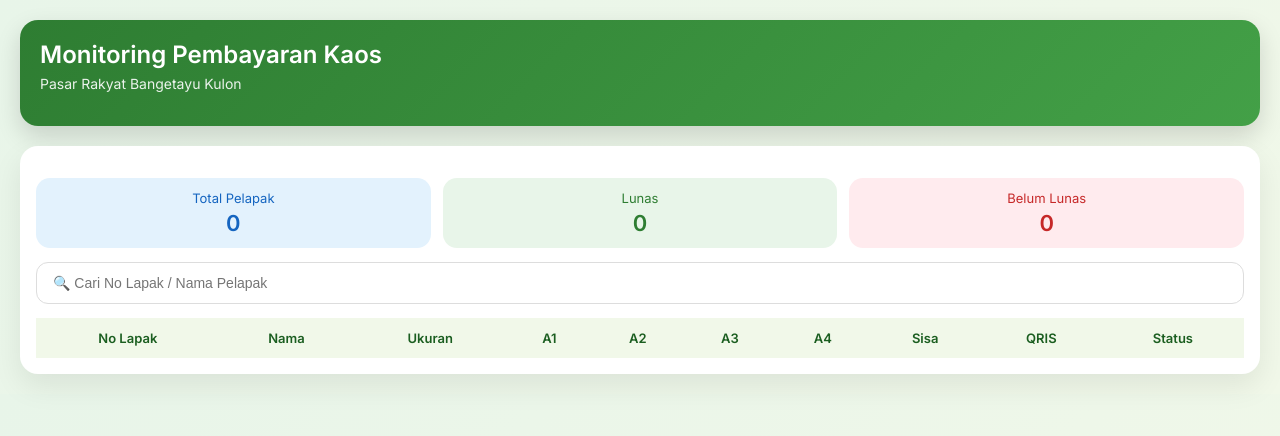
Repository: pasarrakyatbak/monitoringpembayarankaos
Page: index.html
An editor plug-in stored every save of this project. The page is shown before and after the next save, followed by the edit.
The browser window is 1280 px wide. The pictures show the whole page.
The page's requests for data from a server got no answer.

Above is the page before, as saved 2026-01-04 13:55:26.

### index.html
<!DOCTYPE html>
<html lang="id">

<head>
    <meta charset="UTF-8">
    <meta name="viewport" content="width=device-width, initial-scale=1.0">
    <title>Monitoring Pembayaran Kaos</title>

    <!-- FONT -->
    <link rel="preconnect" href="https://fonts.googleapis.com">
    <link rel="preconnect" href="https://fonts.gstatic.com" crossorigin>
    <link href="https://fonts.googleapis.com/css2?family=Inter:wght@400;500;600&display=swap" rel="stylesheet">

    <link rel="stylesheet" href="style.css">
</head>

<body>

    <div class="app">

        <!-- HEADER -->
        <header class="header">
            <h1>Monitoring Pembayaran Kaos</h1>
            <p>Pasar Rakyat Bangetayu Kulon</p>
        </header>

        <!-- CARD -->
        <div class="card">

            <!-- RINGKASAN -->
            <div class="summary" id="summary">
                <div class="summary-card total">
                    <span>Total Pelapak</span>
                    <strong id="totalPelapak">0</strong>
                </div>
                <div class="summary-card lunas">
                    <span>Lunas</span>
                    <strong id="totalLunas">0</strong>
                </div>
                <div class="summary-card belum">
                    <span>Belum Lunas</span>
                    <strong id="totalBelum">0</strong>
                </div>
            </div>

            <!-- TOOLBAR -->
            <div class="toolbar">
                <input type="text" id="searchInput" placeholder="🔍 Cari No Lapak / Nama Pelapak">
            </div>

            <!-- DESKTOP TABLE -->
            <div class="desktop-view">
                <table>
                    <thead>
                        <tr>
                            <th>No Lapak</th>
                            <th>Nama</th>
                            <th>Ukuran</th>
                            <th>A1</th>
                            <th>A2</th>
                            <th>A3</th>
                            <th>A4</th>
                            <th>Sisa</th>
                            <th>QRIS</th>
                            <th>Status</th>
                        </tr>
                    </thead>
                    <tbody id="tableBody"></tbody>
                </table>
            </div>

            <!-- MOBILE CARD -->
            <div class="mobile-view" id="cardContainer"></div>

        </div>

    </div>

    <script src="script.js"></script>
</body>

</html>

### style.css
* {
  box-sizing: border-box;
}

body {
  margin: 0;
  font-family: 'Inter', sans-serif;
  background: linear-gradient(135deg, #e8f5e9, #f1f8e9);
}

.app {
  max-width: 1400px;
  margin: auto;
  padding: 20px;
}

/* ================= HEADER ================= */
.header {
  background: linear-gradient(135deg, #2e7d32, #43a047);
  color: #fff;
  padding: 20px;
  border-radius: 18px;
  box-shadow: 0 10px 25px rgba(0, 0, 0, .15);
}

.header h1 {
  margin: 0;
  font-size: 24px;
}

.header p {
  margin-top: 6px;
  opacity: .9;
  font-size: 14px;
}

/* ================= CARD ================= */
.card {
  margin-top: 20px;
  background: #fff;
  border-radius: 18px;
  padding: 16px;
  box-shadow: 0 12px 30px rgba(0, 0, 0, .08);
}

/* ================= SUMMARY ================= */
.summary {
  display: grid;
  grid-template-columns: repeat(3, 1fr);
  gap: 12px;
  margin-bottom: 14px;
}

.summary-card {
  background: #f5f5f5;
  border-radius: 14px;
  padding: 12px;
  text-align: center;
  font-size: 13px;
}

.summary-card strong {
  display: block;
  font-size: 22px;
  margin-top: 4px;
}

.summary-card.total {
  background: #e3f2fd;
  color: #1565c0;
}

.summary-card.lunas {
  background: #e8f5e9;
  color: #2e7d32;
}

.summary-card.belum {
  background: #ffebee;
  color: #c62828;
}

/* ================= TOOLBAR ================= */
.toolbar input {
  width: 100%;
  padding: 12px 16px;
  border-radius: 12px;
  border: 1px solid #ddd;
  font-size: 14px;
}

.toolbar input:focus {
  outline: none;
  border-color: #2e7d32;
}

/* ================= TABLE ================= */
.desktop-view {
  overflow-x: auto;
}

table {
  width: 100%;
  border-collapse: collapse;
  margin-top: 14px;
  min-width: 1000px;
}

thead th {
  background: #f1f8e9;
  color: #1b5e20;
  padding: 12px;
  font-size: 13px;
  position: sticky;
  top: 0;
}

tbody td {
  padding: 12px;
  font-size: 13px;
  text-align: center;
  border-bottom: 1px solid #eee;
}

tbody tr:hover {
  background: #fafafa;
}

/* 🔴 AUTO MERAH BELUM LUNAS */
tr.belum-lunas {
  background: #ffebee !important;
}

tr.belum-lunas:hover {
  background: #ffcdd2 !important;
}

/* ================= BADGE ================= */
.badge {
  padding: 4px 10px;
  border-radius: 20px;
  font-size: 12px;
  font-weight: 600;
}

.badge-lunas {
  background: #e8f5e9;
  color: #2e7d32;
}

.badge-belum {
  background: #fff3e0;
  color: #ef6c00;
}

.badge-yes {
  background: #e3f2fd;
  color: #1565c0;
}

.badge-no {
  background: #fce4ec;
  color: #c2185b;
}

/* ================= MOBILE CARD ================= */
.mobile-view {
  display: none;
  margin-top: 16px;
  gap: 14px;
}

.pelapak-card {
  background: #fff;
  border-radius: 16px;
  padding: 14px;
  box-shadow: 0 8px 20px rgba(0, 0, 0, .08);
  border-left: 6px solid #2e7d32;
}

/* 🔴 CARD MERAH BELUM LUNAS */
.pelapak-card.belum-lunas {
  border-left-color: #c62828;
  background: #fff5f5;
}

.pelapak-header {
  display: flex;
  justify-content: space-between;
  align-items: center;
}

.lapak {
  font-weight: 600;
  color: #1b5e20;
}

.nama {
  font-size: 13px;
  color: #555;
}

.pelapak-body {
  margin-top: 10px;
  display: grid;
  grid-template-columns: repeat(2, 1fr);
  gap: 8px;
}

.item {
  background: #f1f8e9;
  border-radius: 10px;
  padding: 8px;
  text-align: center;
  font-size: 12px;
}

.item span {
  display: block;
  font-size: 11px;
  color: #666;
}

/* SUMMARY */
.summary {
  display: grid;
  grid-template-columns: repeat(auto-fit, minmax(160px, 1fr));
  gap: 12px;
  margin-top: 16px;
}

.summary-box {
  background: #ffffff;
  border-radius: 14px;
  padding: 14px;
  box-shadow: 0 6px 18px rgba(0, 0, 0, .08);
}

.summary-box span {
  font-size: 12px;
  color: #666;
}

.summary-box strong {
  display: block;
  margin-top: 4px;
  font-size: 18px;
  color: #2e7d32;
}

/* AUTO MERAH BELUM LUNAS */
tr.belum-lunas {
  background: #fff5f5;
}

.pelapak-card.belum-lunas {
  border-left: 6px solid #d32f2f;
}

/* BADGE BELUM */
.badge-belum {
  background: #ffebee;
  color: #c62828;
}

/* ================= RESPONSIVE ================= */
@media (max-width: 768px) {

  .desktop-view {
    display: none;
  }

  .mobile-view {
    display: grid;
    grid-template-columns: 1fr;
    gap: 16px;
  }

  .summary {
    grid-template-columns: 1fr;
  }

  .lapak {
    font-size: 16px;
  }

  .nama {
    font-size: 14px;
  }

  .pelapak-body {
    font-size: 13px;
  }

  .item.full {
    grid-column: span 2;
  }

  .item strong {
    font-weight: 600;
    color: #2e7d32;
  }
}

### script.js
const API_URL = "https://script.google.com/macros/s/AKfycby4z2qZ24SrJkcyGpybH29lSUC_3_z1LG-7wSmTzpaOEXrwjXf0Cl3hqkg95qAxPj1-/exec";

let allData = [];

document.addEventListener('DOMContentLoaded', () => {
    const searchInput = document.getElementById('searchInput');
    const tableBody = document.getElementById('tableBody');
    const cardContainer = document.getElementById('cardContainer');
    const summary = document.getElementById('summary');

    // =============================
    // LOAD DATA
    // =============================
    async function loadData() {
        const res = await fetch(API_URL + "?action=list");
        const data = await res.json();
        allData = data;
        renderAll(data);
        renderSummary(data);
    }

    // =============================
    // SUMMARY
    // =============================
    function renderSummary(data) {
        const totalPelapak = data.length;
        const lunas = data.filter(d => d.lunas).length;
        const belum = totalPelapak - lunas;
        const totalNominal = data.reduce((sum, d) => sum + Number(d.total), 0);

        summary.innerHTML = `
      <div class="summary-box">
        <span>Total Pelapak</span>
        <strong>${totalPelapak}</strong>
      </div>
      <div class="summary-box">
        <span>Lunas</span>
        <strong>${lunas}</strong>
      </div>
      <div class="summary-box">
        <span>Belum Lunas</span>
        <strong>${belum}</strong>
      </div>
      <div class="summary-box">
        <span>Total Nominal</span>
        <strong>Rp ${totalNominal.toLocaleString('id-ID')}</strong>
      </div>
    `;
    }

    // =============================
    // RENDER ALL
    // =============================
    function renderAll(data) {
        renderTable(data);
        renderCard(data);
    }

    // =============================
    // TABLE (DESKTOP)
    // =============================
    function renderTable(data) {
        tableBody.innerHTML = '';

        data.forEach((row, index) => {
            const statusText = row.lunas ? 'Lunas' : 'Belum';
            const statusBadge = row.lunas ? 'badge-lunas' : 'badge-belum';
            const rowClass = row.lunas ? '' : 'belum-lunas';

            tableBody.innerHTML += `
        <tr class="${rowClass}">
          <td>${row.noLapak}</td>
          <td>${row.nama}</td>
          <td>${row.ukuran}</td>
          <td>${row.a1}</td>
          <td>${row.a2}</td>
          <td>${row.a3}</td>
          <td>${row.a4}</td>
          <td>Rp ${Number(row.total).toLocaleString('id-ID')}</td>
          <td>
            <input type="checkbox" ${row.qris ? 'checked' : ''} data-index="${index}">
          </td>
          <td>
            <span class="badge ${statusBadge}">${statusText}</span>
          </td>
        </tr>
      `;
        });
    }

    // =============================
    // CARD (MOBILE)
    // =============================
    function renderCard(data) {
        cardContainer.innerHTML = '';

        data.forEach((row, index) => {
            const statusText = row.lunas ? 'Lunas' : 'Belum';
            const statusBadge = row.lunas ? 'badge-lunas' : 'badge-belum';
            const cardClass = row.lunas ? '' : 'belum-lunas';

            cardContainer.innerHTML += `
        <div class="pelapak-card ${cardClass}">
          <div class="pelapak-header">
            <div>
              <div class="lapak">Lapak ${row.noLapak}</div>
              <div class="nama">${row.nama}</div>
            </div>
            <span class="badge ${statusBadge}">${statusText}</span>
          </div>

          <div class="pelapak-body">
            <div class="item"><span>Ukuran</span><strong>${row.ukuran}</strong></div>
            <div class="item">
              <span>QRIS</span>
              <input type="checkbox" ${row.qris ? 'checked' : ''} data-index="${index}">
            </div>
            <div class="item"><span>A1</span><strong>${row.a1}</strong></div>
            <div class="item"><span>A2</span><strong>${row.a2}</strong></div>
            <div class="item"><span>A3</span><strong>${row.a3}</strong></div>
            <div class="item"><span>A4</span><strong>${row.a4}</strong></div>
            <div class="item full">
              <span>Total</span>
              <strong>Rp ${Number(row.total).toLocaleString('id-ID')}</strong>
            </div>
          </div>
        </div>
      `;
        });
    }

    // =============================
    // UPDATE QRIS
    // =============================
    document.body.addEventListener('change', async (e) => {
        if (e.target.type === 'checkbox' && e.target.dataset.index !== undefined) {
            const index = e.target.dataset.index;

            const formData = new FormData();
            formData.append("action", "updateQRIS");
            formData.append("index", index);
            formData.append("qris", e.target.checked ? "true" : "false");

            await fetch(API_URL, { method: "POST", body: formData });
            loadData();
        }
    });

    // =============================
    // SEARCH
    // =============================
    searchInput.addEventListener('keyup', () => {
        const keyword = searchInput.value.toLowerCase();
        const filtered = allData.filter(item =>
            item.noLapak.toString().includes(keyword) ||
            item.nama.toLowerCase().includes(keyword)
        );
        renderAll(filtered);
        renderSummary(filtered);
    });

    loadData();
});

After the next save:
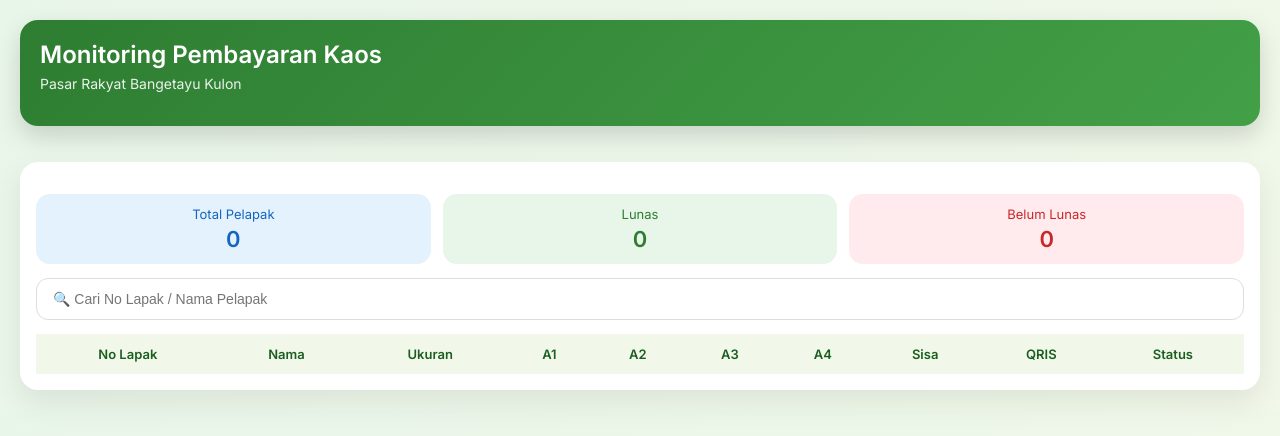
Saved 19 s later.
--- a/index.html
+++ b/index.html
@@ -23,7 +23,7 @@
             <h1>Monitoring Pembayaran Kaos</h1>
             <p>Pasar Rakyat Bangetayu Kulon</p>
         </header>
-
+        <div class="summary" id="summary"></div>
         <!-- CARD -->
         <div class="card">
 
